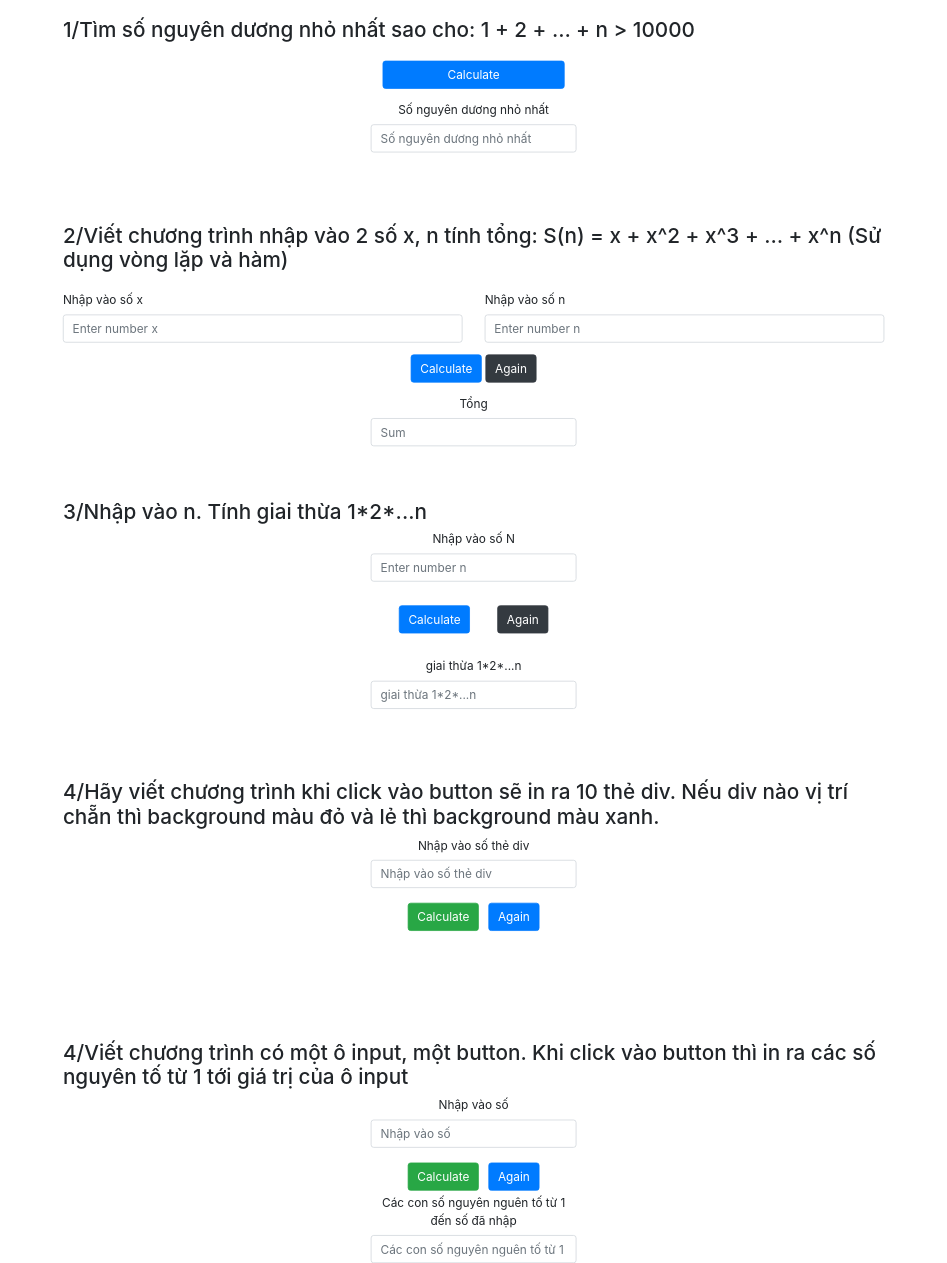
Repository: baobaodeveloper/bootcamp21__loop__HuynhAnhBao
Page: index.html
These files come from the project's save history. The page is drawn as it stood at one moment and after the next save; the edit follows.
The browser window is 1280 px wide. The pictures show the whole page, at 74% of full size.

Above is the page before, as saved 2022-03-17 19:46:49.

After the next save:
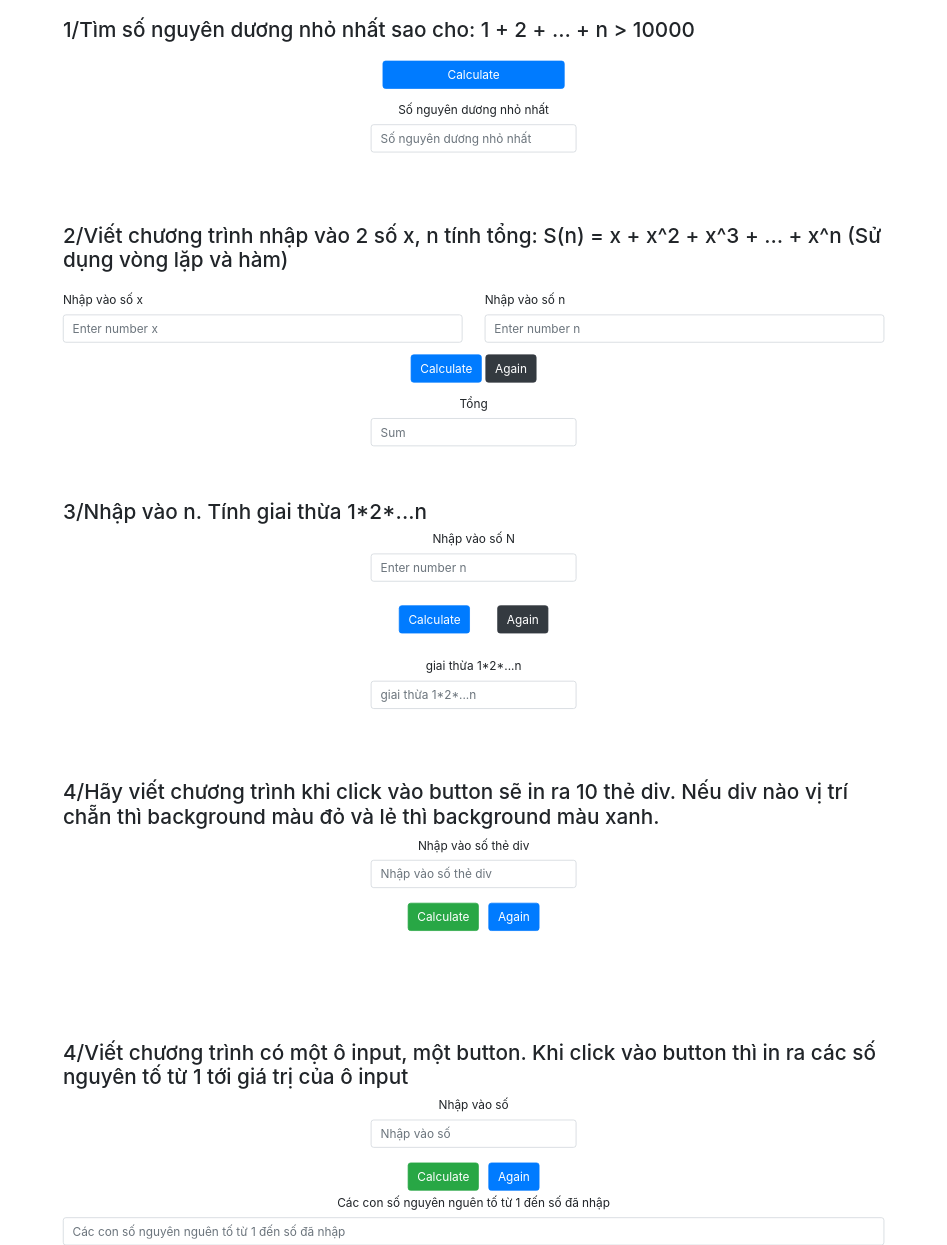
Saved 10 s later.
--- a/index.html
+++ b/index.html
@@ -177,7 +177,7 @@
           Again
         </button>
       </div>
-      <div class="mb-3 flex-md-column d-flex w-25 m-auto text-center">
+      <div class="mb-3 flex-md-column d-flex w-100 m-auto text-center">
         <label class="form-label">Các con số nguyên nguên tố từ 1 đến số đã nhập</label>
         <input
         type="text"
